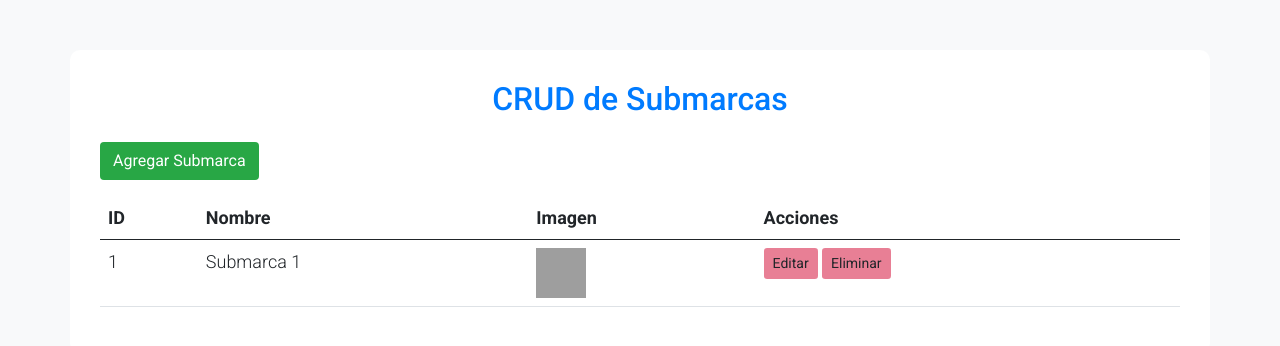
Repository: Yaqode/front-fama
Page: http://localhost/multimedia/Views/marcas.php
These files come from the project's save history. The page is drawn as it stood at one moment and after the next save; the edit follows.
The browser window is 1280 px wide. The pictures show the whole page.
Pictures or frames that could not be fetched are drawn as grey boxes. The page is run by PHP 8.4 with error messages shown; the project is at /var/www/html/.

Above is the page before, as saved 2023-12-06 20:59:25.

### Views/marcas.php
<!DOCTYPE html>
<html lang="es">
<head>
<meta charset="UTF-8">
    <meta name="viewport" content="width=device-width, initial-scale=1.0">
    <title>Marcas</title>
    <link rel="apple-touch-icon" href="img/apple-icon.png">
    <link rel="shortcut icon" type="image/x-icon" href="img/favicon.ico">
    <link rel="stylesheet" href="./../css/bootstrap.min.css">
    <link rel="stylesheet" href="./../css/templatemo.css">
    <link rel="stylesheet" href="./../css/style.css">
    <!-- Load fonts style after rendering the layout styles -->
    <link rel="stylesheet"
        href="https://fonts.googleapis.com/css2?family=Roboto:wght@100;200;300;400;500;700;900&display=swap">
    <link rel="stylesheet" href="./../css/fontawesome.min.css" >

</head>

<style>
        body {
            background-color: #f8f9fa;
        }

        .container {
            margin-top: 50px;
            background-color: #ffffff;
            padding: 30px;
            border-radius: 10px;
        }

        h2 {
            text-align: center;
            color: #007bff;
        }

        .btn-agregar {
            background-color: #28a745;
            color: #ffffff;
        }

        .btn-editar, .btn-eliminar {
            background-color: #E87F95;
            color: #212529;
        }
</style>

<body>


<div class="container">
    <h2 class="mb-4">CRUD de Submarcas</h2>

    <!-- Botón para abrir el modal de agregar submarca -->
    <button type="button" class="btn btn-agregar mb-3" data-toggle="modal" data-target="#modalAgregarSubmarca">
        Agregar Submarca
    </button>

    <!-- Tabla para mostrar las submarcas -->
    <table class="table">
        <thead>
            <tr>
                <th>ID</th>
                <th>Nombre</th>
                <th>Imagen</th>
                <th>Acciones</th>
            </tr>
        </thead>
        <tbody>
            <!-- Aquí se agregarán las filas de submarcas dinámicamente desde el servidor -->
            <tr>
                <td>1</td>
                <td>Submarca 1</td>
                <!-- La columna de la imagen puede contener una etiqueta img -->
                <td><img src="ruta_de_la_imagen/submarca1.jpg" alt="Imagen Submarca 1" style="width: 50px; height: 50px;"></td>
                <td>
                    <!-- Botones para editar y eliminar cada submarca -->
                    <button type="button" class="btn btn-editar btn-sm" data-toggle="modal" data-target="#modalEditarSubmarca">
                        Editar
                    </button>
                    <button type="button" class="btn btn-eliminar btn-sm" data-toggle="modal" data-target="#modalEliminarSubmarca">
                        Eliminar
                    </button>
                </td>
            </tr>
        </tbody>
    </table>
</div>

<!-- Modal para agregar submarca -->
<div class="modal fade" id="modalAgregarSubmarca" tabindex="-1" role="dialog" aria-labelledby="modalAgregarSubmarcaLabel" aria-hidden="true">
    <!-- Contenido del modal aquí -->
</div>

<!-- Modal para editar submarca -->
<div class="modal fade" id="modalEditarSubmarca" tabindex="-1" role="dialog" aria-labelledby="modalEditarSubmarcaLabel" aria-hidden="true">
    <!-- Contenido del modal aquí -->
</div>

<!-- Modal para eliminar submarca -->
<div class="modal fade" id="modalEliminarSubmarca" tabindex="-1" role="dialog" aria-labelledby="modalEliminarSubmarcaLabel" aria-hidden="true">
    <!-- Contenido del modal aquí -->
</div>

<!-- Agrega los enlaces a Bootstrap JS y Popper.js -->
<script src="./../js/jquery-1.11.0.min.js"></script>
    <script src="./../js/jquery-migrate-1.2.1.min.js"></script>
    <script src="./../js/bootstrap.bundle.min.js"></script>
    <script src="./../js/templatemo.js"></script>
    <script src="./../js/custom.js"></script>


</body>
</html>

### css/templatemo.css
/*

TemplateMo 559 Zay Shop

https://templatemo.com/tm-559-zay-shop

---------------------------------------------
Table of contents
------------------------------------------------
1. Typography
2. General
3. Nav
4. Hero Carousel
5. Accordion
6. Shop
7. Product
8. Carousel Hero
9. Carousel Brand
10. Services
11. Contact map
12. Footer
13. Small devices (landscape phones, 576px and up)
14. Medium devices (tablets, 768px and up)
15. Large devices (desktops, 992px and up)
16. Extra large devices (large desktops, 1200px and up)
--------------------------------------------- */




/* Typography */
body, ul, li, p, a, label, input, div {
  font-family: 'Roboto', sans-serif;
  font-size: 18px !important;
  font-weight: 300 !important;
}
.h1 {
  font-family: 'Roboto', sans-serif;
  font-size: 48px !important;
  font-weight: 200 !important;
}
.h2 {
  font-family: 'Roboto', sans-serif;
  font-size: 30px !important;
  font-weight: 300;
}
.h3 {
  font-family: 'Roboto', sans-serif;
  font-size: 22px !important;
}
/* General */
.logo { font-weight: 500 !important;}
.text-warning {  color: #ede861 !important;}
.text-muted { color: #bcbcbc !important;}
.text-success { color: #59ab6e !important;}
.text-light { color: #cfd6e1 !important;}
.bg-dark { background-color: #212934 !important;}
.bg-light { background-color: #e9eef5 !important;}
.bg-black { background-color: #1d242d !important;}
.bg-success { background-color: #59ab6e !important;}
.btn-success {
  background-color: #59ab6e !important;
  border-color: #56ae6c !important;
}
.pagination .page-link:hover {color: #000;}
.pagination .page-link:hover, .pagination .page-link.active {
  background-color: #69bb7e;
  color: #fff;
}
/* Nav */
#templatemo_nav_top { min-height: 40px;}
#templatemo_nav_top * { font-size: .9em !important;}
#templatemo_main_nav a { color: #212934;}
#templatemo_main_nav a:hover { color: #69bb7e;}
#templatemo_main_nav .navbar .nav-icon { margin-right: 20px;}

/* Hero Carousel */
#template-mo-zay-hero-carousel { background: #efefef !important;}
/* Accordion */
.templatemo-accordion a { color: #000;}
.templatemo-accordion a:hover { color: #333d4a;}
/* Shop */
.shop-top-menu a:hover { color: #69bb7e !important;}
/* Product */
.product-wap { box-shadow: 0px 5px 10px 0px rgba(0, 0, 0, 0.10);}
.product-wap .product-color-dot.color-dot-red { background:#f71515;}
.product-wap .product-color-dot.color-dot-blue { background:#6db4fe;}
.product-wap .product-color-dot.color-dot-black { background:#000000;}
.product-wap .product-color-dot.color-dot-light { background:#e0e0e0;}
.product-wap .product-color-dot.color-dot-green { background:#0bff7e;}
.card.product-wap .card .product-overlay {
  background: rgba(0,0,0,.2);
  visibility: hidden;
  opacity: 0;
  transition: .3s;
}
.card.product-wap:hover .card .product-overlay {
  visibility: visible;
  opacity: 1;
}
.card.product-wap a { color: #000;}
#carousel-related-product .slick-slide:focus { outline: none !important;}
#carousel-related-product .slick-dots li button:before {
  font-size: 15px;
  margin-top: 20px;
}
/* Brand */
.brand-img {
  filter: grayscale(100%);
  opacity: 0.5;
  transition: .5s;
}
.brand-img:hover {
  filter: grayscale(0%);
  opacity: 1;
}
/* Carousel Hero */
#template-mo-zay-hero-carousel .carousel-indicators li {
  margin-top: -50px;
  background-color: #59ab6e;
}
#template-mo-zay-hero-carousel .carousel-control-next i,
#template-mo-zay-hero-carousel .carousel-control-prev i {
  color: #59ab6e !important;
  font-size: 2.8em !important;
}
/* Carousel Brand */
.tempaltemo-carousel .h1 {
  font-size: .5em !important;
  color: #000 !important;
}
/* Services */
.services-icon-wap {transition: .3s;}
.services-icon-wap:hover, .services-icon-wap:hover i {color: #fff;}
.services-icon-wap:hover {background: #69bb7e;}
/* Contact map */
.leaflet-control a, .leaflet-control { font-size: 10px !important;}
.form-control { border: 1px solid #e8e8e8;}
/* Footer */
#tempaltemo_footer a { color: #dcdde1;}
#tempaltemo_footer a:hover { color: #68bb7d;}
#tempaltemo_footer ul.footer-link-list li { padding-top: 10px;}
#tempaltemo_footer ul.footer-icons li {
  width: 2.6em;
  height: 2.6em;
  line-height: 2.6em;
}
#tempaltemo_footer ul.footer-icons li:hover {
  background-color: #cfd6e1;
  transition: .5s;
}
#tempaltemo_footer ul.footer-icons li:hover i {
  color: #212934;
  transition: .5s;
}
#tempaltemo_footer .border-light { border-color: #2d343f !important;}
/*
// Extra small devices (portrait phones, less than 576px)
// No media query since this is the default in Bootstrap
*/
/* Small devices (landscape phones, 576px and up)*/
.product-wap .h3, .product-wap li, .product-wap i, .product-wap p {
  font-size: 12px !important;
}
.product-wap .product-color-dot {
  width: 6px;
  height: 6px;
}

@media (min-width: 576px) {
  .tempaltemo-carousel .h1 { font-size: 1em !important;}
}

/*// Medium devices (tablets, 768px and up)*/
@media (min-width: 768px) {
  #templatemo_main_nav .navbar-nav {max-width: 450px;}
 }

/* Large devices (desktops, 992px and up)*/
@media (min-width: 992px) {
  #templatemo_main_nav .navbar-nav {max-width: 550px;}
  #template-mo-zay-hero-carousel .carousel-item {min-height: 30rem !important;}
  .product-wap .h3, .product-wap li, .product-wap i, .product-wap p {font-size: 18px !important;}
  .product-wap .product-color-dot {
    width: 12px;
    height: 12px;
  }
}

/* Extra large devices (large desktops, 1200px and up)*/
@media (min-width: 1200px) {}

Loaded but not shown: css/bootstrap.min.css (library); css/fontawesome.min.css (library); js/jquery-1.11.0.min.js (library); js/jquery-migrate-1.2.1.min.js (library); js/bootstrap.bundle.min.js (library); js/templatemo.js (57 lines, source omitted); css/style.css (1719 lines, source omitted); multimedia/js/custom.js (no stored copy; drawn as an empty file)

After the next save:
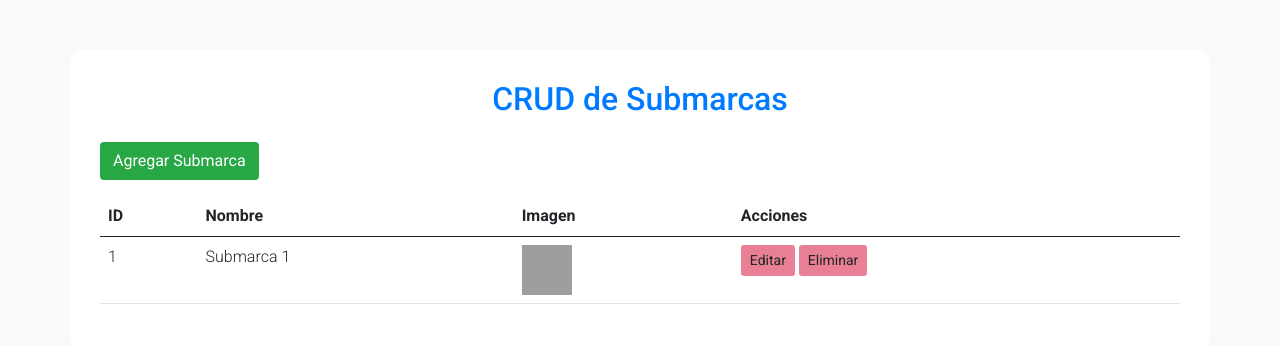
Saved 119 s later.
--- a/Views/marcas.php
+++ b/Views/marcas.php
@@ -41,6 +41,10 @@
         .btn-editar, .btn-eliminar {
             background-color: #E87F95;
             color: #212529;
+        }
+        /* Aumentar el tamaño de la letra en la tabla */
+        table {
+            font-size: 16px;
         }
 </style>
 
